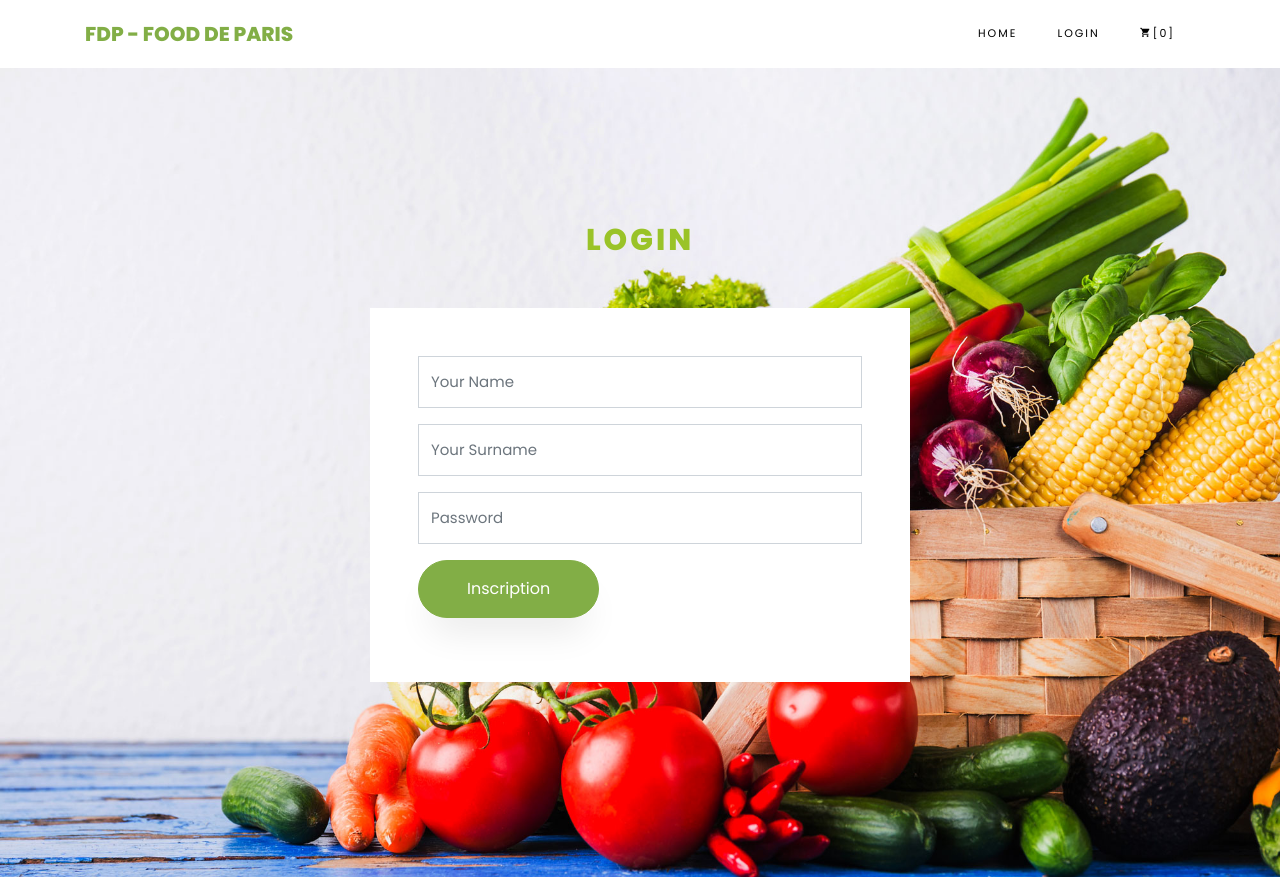
Repository: MacCampers/java-stuff
Page: workspaceJSP/projetRestaurant/WebContent/inscription.html
The author's editor kept a copy of each file at every save. The page is drawn from the files as they stood at one save, then again after the next save.
The browser window is 1280 px wide. The pictures show the whole page.
Some web fonts or font styles are not loaded; a fallback is used.

Above is the page before, as saved 2020-02-07 14:23:42.

### workspaceJSP/projetRestaurant/WebContent/inscription.html
<!DOCTYPE html>
<html lang="en">
<head>
<title>FDP - Food De Paris</title>
<meta charset="utf-8">
<meta name="viewport"
	content="width=device-width, initial-scale=1, shrink-to-fit=no">
<link
	href="https://fonts.googleapis.com/css?family=Poppins:200,300,400,500,600,700,800&display=swap"
	rel="stylesheet">
<link
	href="https://fonts.googleapis.com/css?family=Lora:400,400i,700,700i&display=swap"
	rel="stylesheet">
<link
	href="https://fonts.googleapis.com/css?family=Amatic+SC:400,700&display=swap"
	rel="stylesheet">
<link rel="stylesheet" href="css/open-iconic-bootstrap.min.css">
<link rel="stylesheet" href="css/animate.css">
<link rel="stylesheet" href="css/owl.carousel.min.css">
<link rel="stylesheet" href="css/owl.theme.default.min.css">
<link rel="stylesheet" href="css/magnific-popup.css">
<link rel="stylesheet" href="css/aos.css">
<link rel="stylesheet" href="css/ionicons.min.css">
<link rel="stylesheet" href="css/bootstrap-datepicker.css">
<link rel="stylesheet" href="css/jquery.timepicker.css">
<link rel="stylesheet" href="css/flaticon.css">
<link rel="stylesheet" href="css/icomoon.css">
<link rel="stylesheet" href="css/style.css">
</head>
<body class="goto-here">

	<nav
		class="navbar navbar-expand-lg navbar-dark ftco_navbar bg-dark ftco-navbar-light"
		id="ftco-navbar">
		<div class="container">
			<a class="navbar-brand" href="index.html">FDP - Food De Paris</a>
			<button class="navbar-toggler" type="button" data-toggle="collapse"
				data-target="#ftco-nav" aria-controls="ftco-nav"
				aria-expanded="false" aria-label="Toggle navigation">
				<span class="oi oi-menu"></span> Menu
			</button>

			<div class="collapse navbar-collapse" id="ftco-nav">
				<ul class="navbar-nav ml-auto">
					<li class="nav-item active"><a href="index.html"
						class="nav-link">Home</a></li>
					<li class="nav-item active"><a href="login.html"
						class="nav-link">Login</a></li>

					<li class="nav-item cta cta-colored"><a href="cart.html"
						class="nav-link"><span class="icon-shopping_cart"></span>[0]</a></li>

				</ul>
			</div>
		</div>
	</nav>
	<!-- END nav -->

	<div class="hero-wrap hero-bread"
		style="background-image: url('images/bg_1.jpg');">
		<div class="container">
			<div
				class="row no-gutters slider-text align-items-center justify-content-center">
				<div class="col-md-9 ftco-animate text-center">
					<h1 class="mb-0 bread green">Login</h1>
				</div>
			</div>
		</div>

	<section class="ftco-section contact-section">
		<div class="container">


			<div class="row block-9">
				<div class="col-md-3 order-md-last d-flex empty">
				</div>
							<div class="col-md-6 order-md-last d-flex">
					<form action="#" class="bg-white p-5 contact-form">
						<div class="form-group">
							<input type="text" class="form-control" placeholder="Your Name">
						</div>
						<div class="form-group">
							<input type="text" class="form-control" placeholder="Your Surname">
						</div>
						<div class="form-group">
							<input type="password" class="form-control" placeholder="Password">
						</div>
						<div class="form-group">
							<input type="submit" value="Inscription"
								class="btn btn-primary py-3 px-5">
						</div>
					</form>

				</div>
			</div>
		</div>
	</section>


	</div>
	<!-- loader -->
	<div id="ftco-loader" class="show fullscreen">
		<svg class="circular" width="48px" height="48px">
			<circle class="path-bg" cx="24" cy="24" r="22" fill="none"
				stroke-width="4" stroke="#eeeeee" />
			<circle class="path" cx="24" cy="24" r="22" fill="none"
				stroke-width="4" stroke-miterlimit="10" stroke="#F96D00" /></svg>
	</div>


	<script src="js/jquery.min.js"></script>
	<script src="js/jquery-migrate-3.0.1.min.js"></script>
	<script src="js/popper.min.js"></script>
	<script src="js/bootstrap.min.js"></script>
	<script src="js/jquery.easing.1.3.js"></script>
	<script src="js/jquery.waypoints.min.js"></script>
	<script src="js/jquery.stellar.min.js"></script>
	<script src="js/owl.carousel.min.js"></script>
	<script src="js/jquery.magnific-popup.min.js"></script>
	<script src="js/aos.js"></script>
	<script src="js/jquery.animateNumber.min.js"></script>
	<script src="js/bootstrap-datepicker.js"></script>
	<script src="js/scrollax.min.js"></script>
	<script src="js/main.js"></script>

</body>
</html>

### workspaceJSP/projetRestaurant/WebContent/js/main.js
 AOS.init({
 	duration: 800,
 	easing: 'slide'
 });

(function($) {

	"use strict";

	var isMobile = {
		Android: function() {
			return navigator.userAgent.match(/Android/i);
		},
			BlackBerry: function() {
			return navigator.userAgent.match(/BlackBerry/i);
		},
			iOS: function() {
			return navigator.userAgent.match(/iPhone|iPad|iPod/i);
		},
			Opera: function() {
			return navigator.userAgent.match(/Opera Mini/i);
		},
			Windows: function() {
			return navigator.userAgent.match(/IEMobile/i);
		},
			any: function() {
			return (isMobile.Android() || isMobile.BlackBerry() || isMobile.iOS() || isMobile.Opera() || isMobile.Windows());
		}
	};


	$(window).stellar({
    responsive: true,
    parallaxBackgrounds: true,
    parallaxElements: true,
    horizontalScrolling: false,
    hideDistantElements: false,
    scrollProperty: 'scroll'
  });


	var fullHeight = function() {

		$('.js-fullheight').css('height', $(window).height());
		$(window).resize(function(){
			$('.js-fullheight').css('height', $(window).height());
		});

	};
	fullHeight();

	// loader
	var loader = function() {
		setTimeout(function() {
			if($('#ftco-loader').length > 0) {
				$('#ftco-loader').removeClass('show');
			}
		}, 1);
	};
	loader();

	// Scrollax
   $.Scrollax();

	var carousel = function() {
		$('.home-slider').owlCarousel({
	    loop:true,
	    autoplay: true,
	    margin:0,
	    animateOut: 'fadeOut',
	    animateIn: 'fadeIn',
	    nav:false,
	    autoplayHoverPause: false,
	    items: 1,
	    navText : ["<span class='ion-md-arrow-back'></span>","<span class='ion-chevron-right'></span>"],
	    responsive:{
	      0:{
	        items:1
	      },
	      600:{
	        items:1
	      },
	      1000:{
	        items:1
	      }
	    }
		});

		$('.carousel-testimony').owlCarousel({
			center: true,
			loop: true,
			items:1,
			margin: 30,
			stagePadding: 0,
			nav: false,
			navText: ['<span class="ion-ios-arrow-back">', '<span class="ion-ios-arrow-forward">'],
			responsive:{
				0:{
					items: 1
				},
				600:{
					items: 3
				},
				1000:{
					items: 3
				}
			}
		});

	};
	carousel();

	$('nav .dropdown').hover(function(){
		var $this = $(this);
		// 	 timer;
		// clearTimeout(timer);
		$this.addClass('show');
		$this.find('> a').attr('aria-expanded', true);
		// $this.find('.dropdown-menu').addClass('animated-fast fadeInUp show');
		$this.find('.dropdown-menu').addClass('show');
	}, function(){
		var $this = $(this);
			// timer;
		// timer = setTimeout(function(){
			$this.removeClass('show');
			$this.find('> a').attr('aria-expanded', false);
			// $this.find('.dropdown-menu').removeClass('animated-fast fadeInUp show');
			$this.find('.dropdown-menu').removeClass('show');
		// }, 100);
	});


	$('#dropdown04').on('show.bs.dropdown', function () {
	  console.log('show');
	});

	// scroll
	var scrollWindow = function() {
		$(window).scroll(function(){
			var $w = $(this),
					st = $w.scrollTop(),
					navbar = $('.ftco_navbar'),
					sd = $('.js-scroll-wrap');

			if (st > 150) {
				if ( !navbar.hasClass('scrolled') ) {
					navbar.addClass('scrolled');
				}
			}
			if (st < 150) {
				if ( navbar.hasClass('scrolled') ) {
					navbar.removeClass('scrolled sleep');
				}
			}
			if ( st > 350 ) {
				if ( !navbar.hasClass('awake') ) {
					navbar.addClass('awake');
				}

				if(sd.length > 0) {
					sd.addClass('sleep');
				}
			}
			if ( st < 350 ) {
				if ( navbar.hasClass('awake') ) {
					navbar.removeClass('awake');
					navbar.addClass('sleep');
				}
				if(sd.length > 0) {
					sd.removeClass('sleep');
				}
			}
		});
	};
	scrollWindow();


	var counter = function() {

		$('#section-counter').waypoint( function( direction ) {

			if( direction === 'down' && !$(this.element).hasClass('ftco-animated') ) {

				var comma_separator_number_step = $.animateNumber.numberStepFactories.separator(',')
				$('.number').each(function(){
					var $this = $(this),
						num = $this.data('number');
						console.log(num);
					$this.animateNumber(
					  {
					    number: num,
					    numberStep: comma_separator_number_step
					  }, 7000
					);
				});

			}

		} , { offset: '95%' } );

	}
	counter();

	var contentWayPoint = function() {
		var i = 0;
		$('.ftco-animate').waypoint( function( direction ) {

			if( direction === 'down' && !$(this.element).hasClass('ftco-animated') ) {

				i++;

				$(this.element).addClass('item-animate');
				setTimeout(function(){

					$('body .ftco-animate.item-animate').each(function(k){
						var el = $(this);
						setTimeout( function () {
							var effect = el.data('animate-effect');
							if ( effect === 'fadeIn') {
								el.addClass('fadeIn ftco-animated');
							} else if ( effect === 'fadeInLeft') {
								el.addClass('fadeInLeft ftco-animated');
							} else if ( effect === 'fadeInRight') {
								el.addClass('fadeInRight ftco-animated');
							} else {
								el.addClass('fadeInUp ftco-animated');
							}
							el.removeClass('item-animate');
						},  k * 50, 'easeInOutExpo' );
					});

				}, 100);

			}

		} , { offset: '95%' } );
	};
	contentWayPoint();


	// navigation
	var OnePageNav = function() {
		$(".smoothscroll[href^='#'], #ftco-nav ul li a[href^='#']").on('click', function(e) {
		 	e.preventDefault();

		 	var hash = this.hash,
		 			navToggler = $('.navbar-toggler');
		 	$('html, body').animate({
		    scrollTop: $(hash).offset().top
		  }, 700, 'easeInOutExpo', function(){
		    window.location.hash = hash;
		  });


		  if ( navToggler.is(':visible') ) {
		  	navToggler.click();
		  }
		});
		$('body').on('activate.bs.scrollspy', function () {
		  console.log('nice');
		})
	};
	OnePageNav();


	// magnific popup
	$('.image-popup').magnificPopup({
    type: 'image',
    closeOnContentClick: true,
    closeBtnInside: false,
    fixedContentPos: true,
    mainClass: 'mfp-no-margins mfp-with-zoom', // class to remove default margin from left and right side
     gallery: {
      enabled: true,
      navigateByImgClick: true,
      preload: [0,1] // Will preload 0 - before current, and 1 after the current image
    },
    image: {
      verticalFit: true
    },
    zoom: {
      enabled: true,
      duration: 300 // don't foget to change the duration also in CSS
    }
  });

  $('.popup-youtube, .popup-vimeo, .popup-gmaps').magnificPopup({
    disableOn: 700,
    type: 'iframe',
    mainClass: 'mfp-fade',
    removalDelay: 160,
    preloader: false,

    fixedContentPos: false
  });



	var goHere = function() {

		$('.mouse-icon').on('click', function(event){

			event.preventDefault();

			$('html,body').animate({
				scrollTop: $('.goto-here').offset().top
			}, 500, 'easeInOutExpo');

			return false;
		});
	};
	goHere();


	function makeTimer() {

		var endTime = new Date("21 December 2019 9:56:00 GMT+01:00");
		endTime = (Date.parse(endTime) / 1000);

		var now = new Date();
		now = (Date.parse(now) / 1000);

		var timeLeft = endTime - now;

		var days = Math.floor(timeLeft / 86400);
		var hours = Math.floor((timeLeft - (days * 86400)) / 3600);
		var minutes = Math.floor((timeLeft - (days * 86400) - (hours * 3600 )) / 60);
		var seconds = Math.floor((timeLeft - (days * 86400) - (hours * 3600) - (minutes * 60)));

		if (hours < "10") { hours = "0" + hours; }
		if (minutes < "10") { minutes = "0" + minutes; }
		if (seconds < "10") { seconds = "0" + seconds; }

		$("#days").html(days + "<span>Days</span>");
		$("#hours").html(hours + "<span>Hours</span>");
		$("#minutes").html(minutes + "<span>Minutes</span>");
		$("#seconds").html(seconds + "<span>Seconds</span>");

}

setInterval(function() { makeTimer(); }, 1000);



})(jQuery);

Loaded but not shown: workspaceJSP/projetRestaurant/WebContent/css/open-iconic-bootstrap.min.css (library); workspaceJSP/projetRestaurant/WebContent/css/animate.css (library); workspaceJSP/projetRestaurant/WebContent/css/owl.carousel.min.css (library); workspaceJSP/projetRestaurant/WebContent/css/owl.theme.default.min.css (common file); workspaceJSP/projetRestaurant/WebContent/css/magnific-popup.css (library); workspaceJSP/projetRestaurant/WebContent/css/aos.css (library); workspaceJSP/projetRestaurant/WebContent/css/ionicons.min.css (library); workspaceJSP/projetRestaurant/WebContent/css/bootstrap-datepicker.css (library); workspaceJSP/projetRestaurant/WebContent/css/jquery.timepicker.css (common file); workspaceJSP/projetRestaurant/WebContent/css/flaticon.css (common file); workspaceJSP/projetRestaurant/WebContent/css/icomoon.css (common file); workspaceJSP/projetRestaurant/WebContent/css/style.css (library); workspaceJSP/projetRestaurant/WebContent/js/jquery.min.js (library); workspaceJSP/projetRestaurant/WebContent/js/jquery-migrate-3.0.1.min.js (library); workspaceJSP/projetRestaurant/WebContent/js/popper.min.js (library); workspaceJSP/projetRestaurant/WebContent/js/bootstrap.min.js (library); workspaceJSP/projetRestaurant/WebContent/js/jquery.easing.1.3.js (library); workspaceJSP/projetRestaurant/WebContent/js/jquery.waypoints.min.js (library); workspaceJSP/projetRestaurant/WebContent/js/jquery.stellar.min.js (library); workspaceJSP/projetRestaurant/WebContent/js/owl.carousel.min.js (library); workspaceJSP/projetRestaurant/WebContent/js/jquery.magnific-popup.min.js (library); workspaceJSP/projetRestaurant/WebContent/js/aos.js (library); workspaceJSP/projetRestaurant/WebContent/js/jquery.animateNumber.min.js (common file); workspaceJSP/projetRestaurant/WebContent/js/bootstrap-datepicker.js (library); workspaceJSP/projetRestaurant/WebContent/js/scrollax.min.js (library)

After the next save:
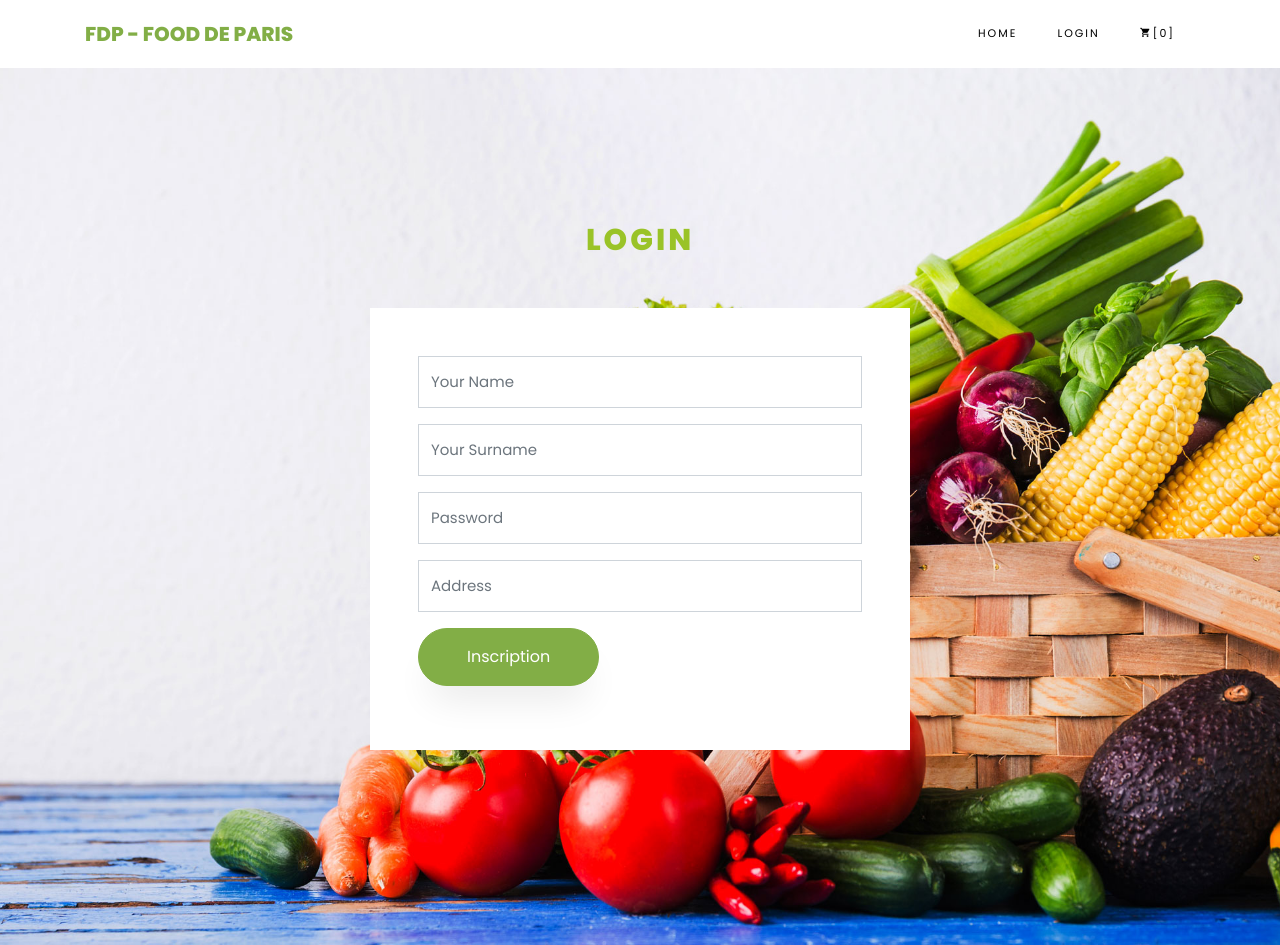
Saved 15 s later.
--- a/workspaceJSP/projetRestaurant/WebContent/inscription.html
+++ b/workspaceJSP/projetRestaurant/WebContent/inscription.html
@@ -86,6 +86,9 @@
 							<input type="password" class="form-control" placeholder="Password">
 						</div>
 						<div class="form-group">
+							<input type="text" class="form-control" placeholder="Address">
+						</div>
+						<div class="form-group">
 							<input type="submit" value="Inscription"
 								class="btn btn-primary py-3 px-5">
 						</div>
